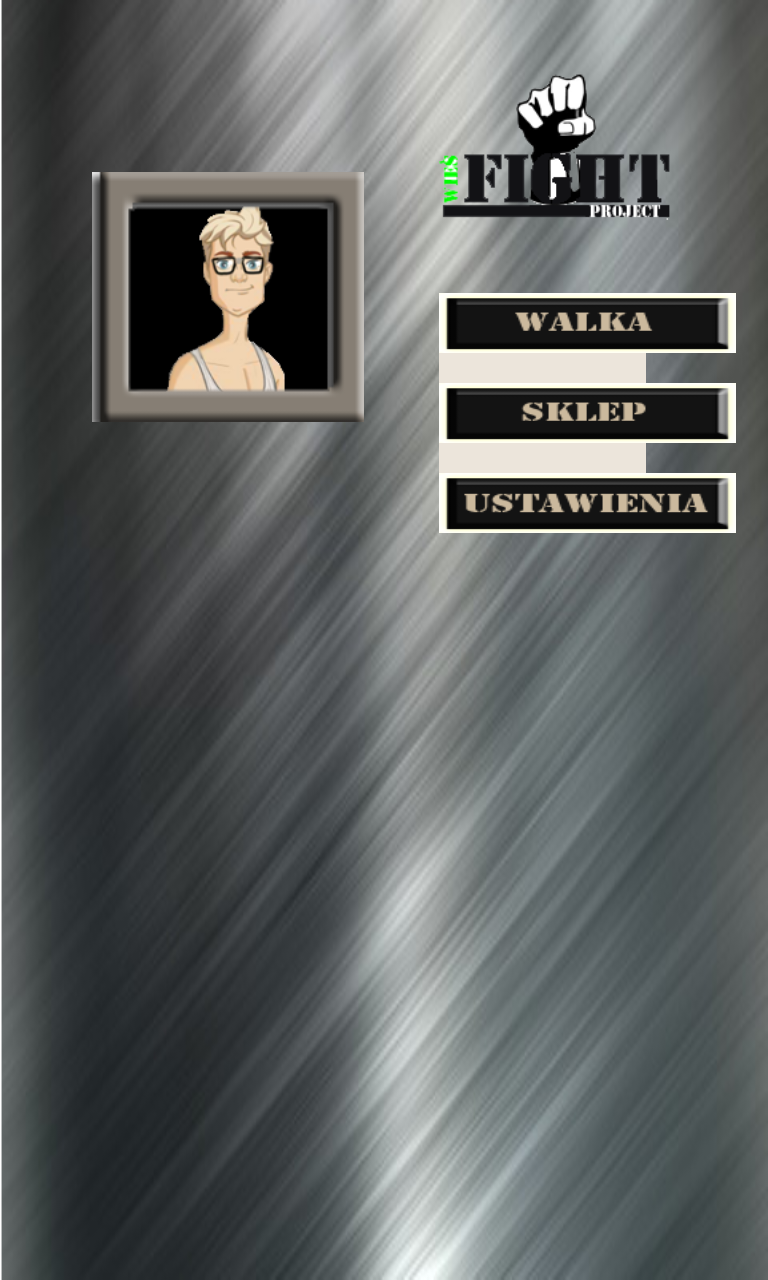
Repository: KrzysztofWolinski/WiesFight_Project
Layout: WiesFight/res/layout/activity_main.xml
These files come from the project's save history. The layout is drawn as it stood at one moment and after the next save; the edit follows.
It is drawn on a 768 x 1280 px phone screen (xhdpi) without system bars, with theme AppTheme; the app's code is not run.

Above is the layout before, as saved 2014-11-12 19:01:06.

### WiesFight/res/layout/activity_main.xml
<RelativeLayout xmlns:android="http://schemas.android.com/apk/res/android"
    xmlns:tools="http://schemas.android.com/tools"
    android:layout_width="match_parent"
    android:layout_height="match_parent"
    android:background="@drawable/bg"
    android:paddingBottom="@dimen/activity_vertical_margin"
    android:paddingLeft="@dimen/activity_horizontal_margin"
    android:paddingRight="@dimen/activity_horizontal_margin"
    android:paddingTop="@dimen/activity_vertical_margin"
    tools:context="com.wiesfight.activities.MainActivity" >

    <ImageView
        android:id="@+id/imgLogo"
        android:layout_width="wrap_content"
        android:layout_height="wrap_content"
        android:layout_alignParentRight="true"
        android:layout_alignParentTop="true"
        android:layout_marginTop="20dp"
        android:layout_marginRight="30dp"
        android:background="@android:color/transparent"
        android:contentDescription="@string/logo"
        android:src="@drawable/logo" />

    <ImageView
        android:id="@+id/imgBtnBg"
        android:layout_width="wrap_content"
        android:layout_height="wrap_content"
        android:layout_alignLeft="@+id/btnFight"
        android:layout_alignTop="@+id/btnFight"
        android:src="@drawable/tlopodprzyciski"
        android:contentDescription="@string/desc" />

    <Button
        android:id="@+id/btnShop"
        android:layout_width="150dp"
        android:layout_height="30dp"
        android:layout_alignLeft="@+id/btnFight"
        android:layout_below="@+id/btnFight"
        android:layout_marginTop="15dp"
        android:onClick="goToShop"
        android:background="@drawable/sklep" />

    <Button
        android:id="@+id/btnSettings"
        android:layout_width="150dp"
        android:layout_height="30dp"
        android:layout_alignLeft="@+id/btnShop"
        android:layout_below="@+id/btnShop"
        android:layout_marginTop="15dp"
        android:onClick="goToSettings"
        android:background="@drawable/ustawienia" />

    <Button
        android:id="@+id/btnFight"
        android:layout_width="150dp"
        android:layout_height="30dp"
        android:layout_alignLeft="@+id/imgLogo"
        android:layout_below="@+id/imgLogo"
        android:layout_marginTop="36dp"
        android:background="@drawable/walka"
        android:onClick="goToFight" />

    <LinearLayout
        android:layout_width="wrap_content"
        android:layout_height="wrap_content"
        android:layout_alignTop="@+id/imgLogo"
        android:orientation="vertical"
        android:layout_marginLeft="30dp" >

    <TextView
        android:id="@+id/lblCoins"
        android:layout_width="fill_parent"
        android:layout_height="wrap_content"
        android:gravity="center_horizontal"
        android:textAppearance="?android:attr/textAppearanceLarge"
        android:textColor="@android:color/holo_orange_light" />

     <FrameLayout
        android:id="@+id/layoutAvatar"
	    android:layout_width="136dp"
	    android:layout_height="136dp"
        android:layout_marginTop="15dp" >

	    <ImageView
	        android:id="@+id/imgAvatarMain"
	        android:layout_width="fill_parent"
	        android:layout_height="wrap_content"
	        android:contentDescription="@string/avatar"
	        android:src="@drawable/informatyk"
	        android:layout_gravity="center" />

	    <ImageView
	        android:id="@+id/imgFrame"
	        android:layout_width="fill_parent"
	        android:layout_height="fill_parent"
	        android:contentDescription="@string/ramka"
	        android:src="@drawable/ramka" />

    </FrameLayout>

    <TextView
        android:id="@+id/lblUsername"
        android:layout_width="fill_parent"
        android:layout_height="wrap_content"
        android:gravity="center"
        android:textAppearance="?android:attr/textAppearanceLarge"
        android:textColor="@android:color/white" />


    <TextView
        android:id="@+id/lblLevel"
        android:layout_width="fill_parent"
        android:layout_height="wrap_content"
        android:gravity="center"
        android:textAppearance="?android:attr/textAppearanceLarge"
        android:textColor="@android:color/white" />
    </LinearLayout>

</RelativeLayout>

### WiesFight/res/values/strings.xml
<?xml version="1.0" encoding="utf-8"?>
<resources xmlns:android="http://schemas.android.com/apk/res/android">

    <string name="app_name">WiesFight</string>
    <string name="hello_world">Hello world!</string>
    <string name="action_settings">Settings</string>
    <string name="title_activity_posts">PostsActivity</string>
    <string name="title_activity_login">LoginActivity</string>
    <string name="logo">logo</string>
    <string name="wybierz">wybierz</string>
    <string name="walka">walka</string>
    <string name="sklep">sklep</string>
    <string name="ustawienia">ustawienia</string>
    <string name="title_activity_fight">FightActivity</string>
    <string name="title_activity_shop">ShopActivity</string>
    <string name="title_activity_settings">SettingsActivity</string>
    <string name="nickHint">Podaj nick</string>
    <string name="avatar">avatar</string>
    <string name="lewy">lewy</string>
    <string name="prawy">prawy</string>
    <string name="ramka">ramka</string>
    <string name="desc">obrazek</string>
    <string name="yes">Tak</string>
    <string name="no">Nie</string>
    <string name="ok">OK</string>
    <string name="instruction">tutaj instrukcja jak grać</string>
    <string name="noInternetConnection">Połącz się z internetem i spróbuj ponownie.</string>
    <string name="confirmExit">Czy na pewno chcesz wyjść z gry?</string>
    <string name="confirmDelete">Czy na pewno chcesz usunąć postać?</string>
    <string name="title_activity_start">StartActivity</string>

</resources>

Loaded but not shown: WiesFight/res/values/styles.xml (common file); WiesFight/res/values-v11/styles.xml (common file); WiesFight/res/values-v14/styles.xml (common file); WiesFight/res/values/dimens.xml (common file); WiesFight/res/values-w820dp/dimens.xml (common file)

After the next save:
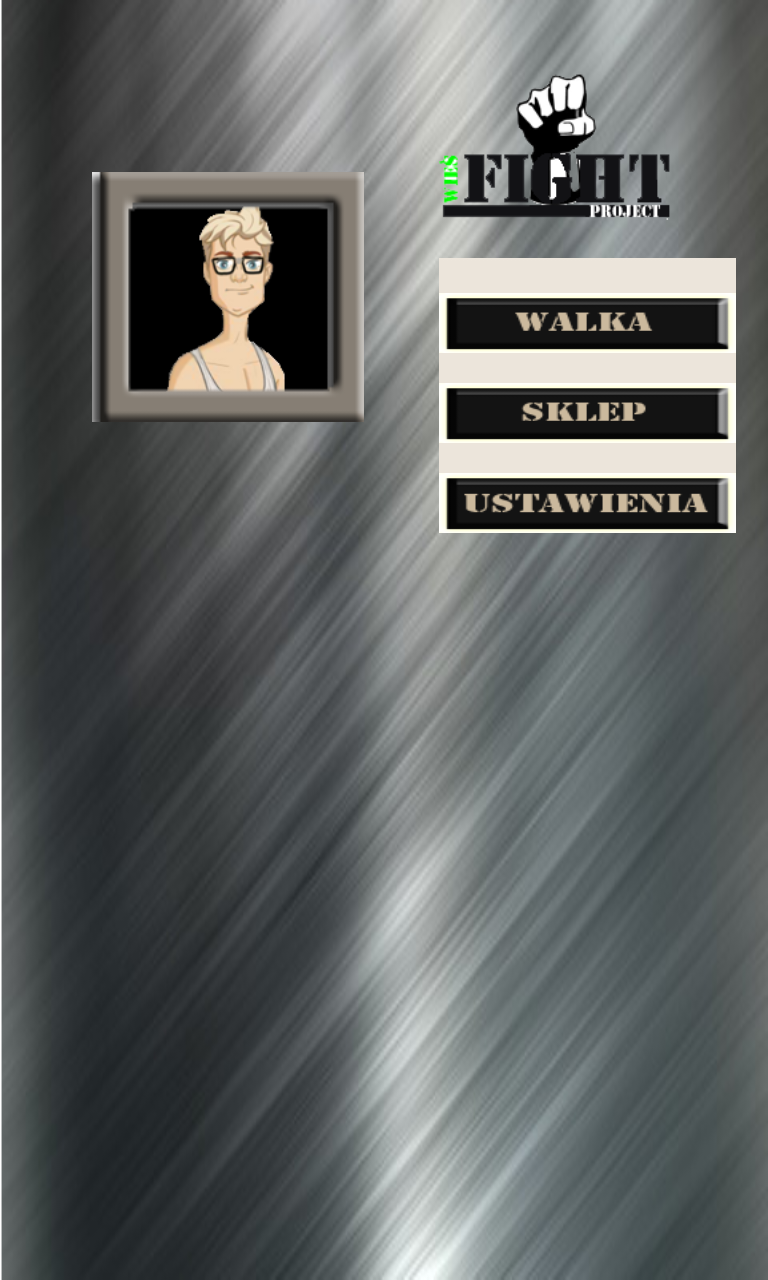
Saved 2 min 29 s later.
--- a/WiesFight/res/layout/activity_main.xml
+++ b/WiesFight/res/layout/activity_main.xml
@@ -25,10 +25,13 @@
         android:id="@+id/imgBtnBg"
         android:layout_width="wrap_content"
         android:layout_height="wrap_content"
-        android:layout_alignLeft="@+id/btnFight"
+        android:layout_alignBottom="@+id/btnSettings"
+        android:layout_marginTop="-20dp"
+        android:layout_alignLeft="@+id/btnShop"
+        android:layout_alignRight="@+id/btnShop"
         android:layout_alignTop="@+id/btnFight"
-        android:src="@drawable/tlopodprzyciski"
-        android:contentDescription="@string/desc" />
+        android:contentDescription="@string/desc"
+        android:src="@drawable/tlopodprzyciski" />
 
     <Button
         android:id="@+id/btnShop"
